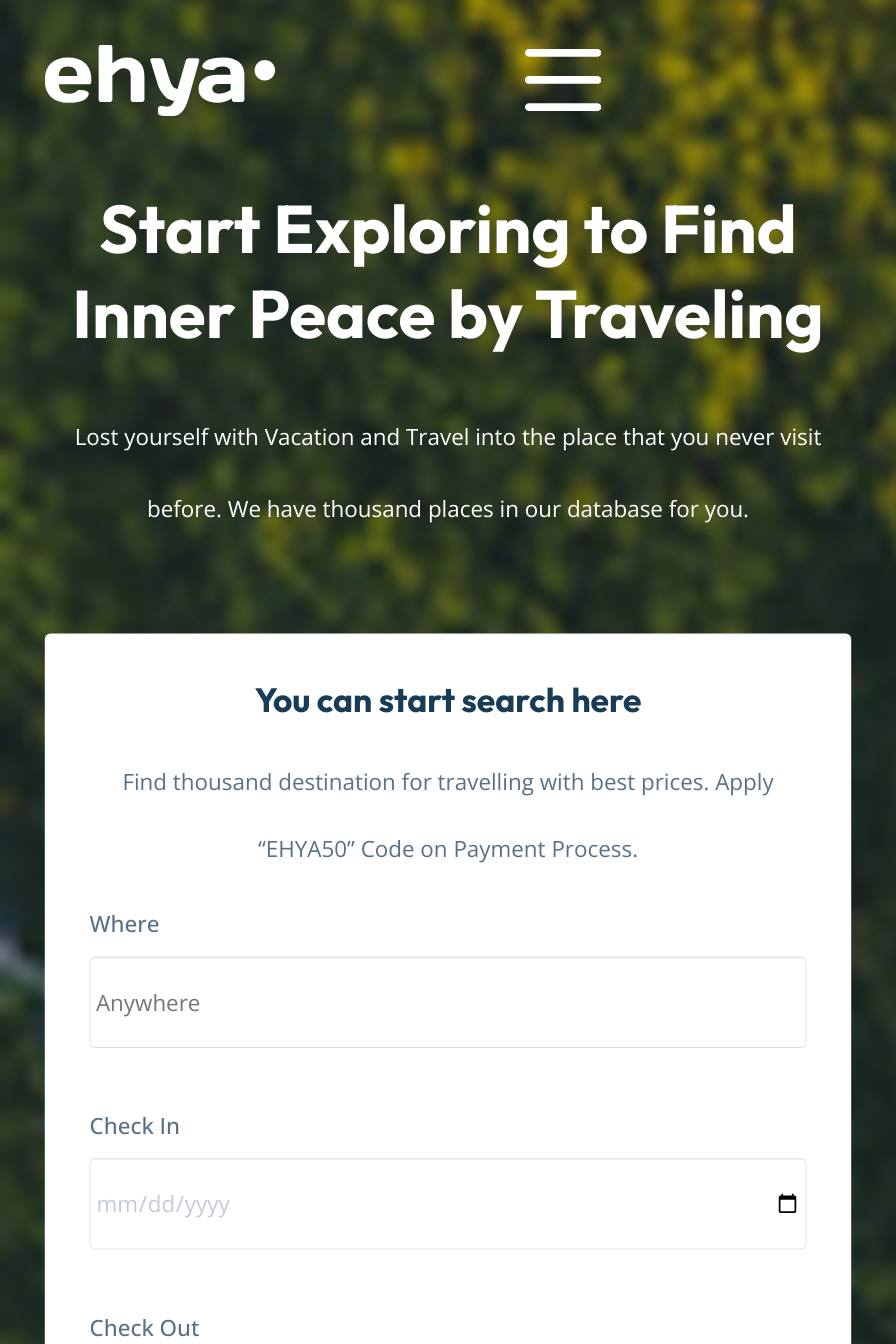
Repository: daviHmoraes/frontcomtailwind
Page: index.html
An editor plug-in stored every save of this project. The page is shown before and after a run of saves, followed by the edit.
The browser window is 1280 px wide. The pictures show the part of the page from y = 0 to 1920 px (the page is 30123 px tall), at 70% of full size.

Above is the page before, as saved 2026-09-01 19:34:02.

### index.html
<!DOCTYPE html>
<html lang="en">
<head>
    <meta charset="UTF-8">
    <meta name="viewport" content="width=device-width, initial-scale=1.0">
    <title>Ehya - Home Page</title>
    <link rel="stylesheet" href="/css/style.css">

    <!--OPEN SANS FONT-->
    <link rel="preconnect" href="https://fonts.googleapis.com">
    <link rel="preconnect" href="https://fonts.gstatic.com" crossorigin>
    <link href="https://fonts.googleapis.com/css2?family=Open+Sans:ital,wght@0,300..800;1,300..800&display=swap" rel="stylesheet">

    <!--OUTFIT FONT-->
    <link rel="preconnect" href="https://fonts.googleapis.com">
    <link rel="preconnect" href="https://fonts.gstatic.com" crossorigin>
    <link href="https://fonts.googleapis.com/css2?family=Outfit:wght@100..900&display=swap" rel="stylesheet">
</head>

<body>
    <header>

        <section class="header">
            <img id="logo" src="/img/Logo.svg" alt="Ehya Company Logo">
            <img id="hamburguer-menu" src="/img/hamburguer-menu.svg" alt="Hamburguer menu Icon">

            <div class="nav">

            </div>

        </section>

        <section class="hero">

            <div class="hero-content">
                <h1>
                    Start Exploring to
                    Find Inner Peace
                    by Traveling
                </h1>

                <p>
                    Lost yourself with Vacation and
                    Travel into the place that you never
                    visit before. We have thousand
                    places in our database for you.
                </p>
            </div>

            <div class="form-card">
                <h2>
                    You can start search here
                </h2>

                <p>
                    Find thousand destination for travelling
                    with best prices. Apply “EHYA50” Code
                    on Payment Process.
                </p>

                <form>
                    <div class="field">
                        <label for="where">Where</label>
                        <input type="text" id="where" name="where" placeholder="Anywhere">
                    </div>

                    <div class="field">
                        <label for="checkin">Check In</label>
                        <input type="date" id="checkin" name="checkin">
                    </div>

                    <div class="field">
                        <label for="checkout">Check Out</label>
                        <input type="date" id="checkout" name="checkout">
                    </div>

                    <div class="field">
                        <label for="guests">Guests</label>
                        <input type="text" id="guests" name="guests" placeholder="Guests">
                    </div>

                    <input id="submit" type="submit" value="Search">
                </form>
            </div>

            <img class="arrow" src="/img/south-arrow.svg" alt="South Pointing Arrow">

        </section>
    </header>

    <main>
        <section class="benefits">
            <h2>
                Travelya Benefit
                for User
            </h2>

            <p>
                We are self-service data analytics
                software that lets you create visually
                appealing data visualizations and
                insightful dashboards in minutes.
            </p>

            <div class="cards">
                <div class="card">
                    <img src="/img/card-icon/cheap-icon.svg" alt="Label Icon">

                    <div class="card-content">
                        <h3>
                            Cheap than Other
                        </h3>
                        <p>
                            Travelya is cheaper than other
                            travel agency.
                        </p>
                    </div>
                </div>

                <div class="card">
                    <img src="/img/card-icon/secure-icon.png" alt="Shield Icon">

                    <div class="card-content">
                        <h3>
                            Secure Payment
                        </h3>
                        <p>
                            You can pay your book without
                            doubt again.
                        </p>
                    </div>
                </div>

                <div class="card">
                    <img src="/img/card-icon/free-icon.svg" alt="AC Icon">

                    <div class="card-content">
                        <h3>
                            Free Amenities
                        </h3>
                        <p>
                            We guarantee you can give free amenities wherever
                            you are.
                        </p>
                    </div>
                </div>

                <div class="card">
                    <img src="/img/card-icon/top-icon.svg" alt="Crown Icon">

                    <div class="card-content">
                        <h3>
                            Top Rated
                        </h3>
                        <p>
                            Only show best destination
                            with 1000+ super review user
                        </p>
                    </div>
                </div>

                <div class="card">
                    <img src="/img/card-icon/best-icon.svg" alt="Medal Icon">

                    <div class="card-content">
                        <h3>
                            Best Offers
                        </h3>
                        <p>
                            Inform you about all best
                            offers for all destination
                        </p>
                    </div>
                </div>

                <div class="card">
                    <img src="/img/card-icon/easy-icon.svg" alt="Like Icon">

                    <div class="card-content">
                        <h3>
                            Easy Book
                        </h3>
                        <p>
                            Follow flow, Click, Pay. Wait.
                            Just wait e-ticket
                        </p>
                    </div>
                </div>

                <div class="card">
                    <img src="/img/card-icon/refund-icon.svg" alt="Hands Shell Icon">

                    <div class="card-content">
                        <h3>
                            Fast Refund
                        </h3>
                        <p>
                            If you canceled. We can refund
                            your money 1x12
                        </p>
                    </div>
                </div>

                <div class="card">
                    <img src="/img/card-icon/support-icon.svg" alt="Headphone Icon">

                    <div class="card-content">
                        <h3>
                            24/7 Support
                        </h3>
                        <p>
                            We’re ready help you anytime
                            and anywhere you are.
                        </p>
                    </div>
                </div>
            </div>
        </section>

        <section class="popular-destinations">
            <h2>
                Popular Destinations
            </h2>

            <div class="destinations">
                <div class="destination" id="venice">
                    <h3>
                        Venice, Italy
                    </h3>
                    <p>
                        Travelling into the popular river in Italy
                    </p>
                    <button class="see-offers">
                        See Offers
                    </button>
                </div>

                <div class="destination" id="paris">
                    <h3>
                        Paris, France
                    </h3>
                    <p>
                        Romance in popular world landmark
                    </p>
                    <button class="see-offers">
                        See Offers
                    </button>
                </div>

                <div class="destination" id="bali">
                    <h3>
                        Bali, Indonesia
                    </h3>
                    <p>
                        See best sunset ver in the world
                    </p>
                    <button class="see-offers">
                        See Offers
                    </button>
                </div>

                <div class="destination" id="santorini">
                    <h3>
                        Santorini, Greece
                    </h3>
                    <p>
                        Visit the 1000 Gods Country
                    </p>
                    <button class="see-offers">
                        See Offers
                    </button>
                </div>
            </div>

            <div class="see-all-offers">
                <a href="#">See All Offers</a>
                <img src="/img/blue-east-arrow.svg" alt="East Pointing Arrow">
            </div>
        </section>

        <section class="about-travelya">

            <div class="about-title">
                <h3>
                    ABOUT TRAVELYA
                </h3>

                <h1>
                    Everyone Needs Travel. Needs a Holiday.<br>
                    Want to Break Free <br> for a While
                </h1>
            </div>

            <div id="umbrella-card">
                <div id="search-field">
                    <img src="/img/search.svg" alt="Search Bloom Icon">
                    <p>Recommended Destination</p>
                </div>
            </div>

            <div class="selected-destination">
                <h2>
                    We have More than 1000
                    Selected Destination
                </h2>

                <p>
                    You can choose one of many option
                    that we have on Our Website. Every
                    destination have been 4+ star rated <br>
                    by our user before. You can search <br>
                    by clicking our button on below of <br>
                    the this text man.
                </p>

                <button class="search-destination">
                    Search Destination
                </button>
            </div>

            <div class="holiday-card">
                <div id="holiday-image"></div>
                <div class="card-content">
                    <span class="discount">DISC 50%</span>
                    <h3>
                        Holiday in Bali Island
                    </h3>
                    <p>
                        Stay 3 night at Seminyak Hotel Bali
                    </p>
                    <button class="redeem-now">Redeem Now</button>
                </div>
            </div>

            <div class="promo">
                <h2>
                    Always give you Promo <br>
                    on every Month / Event
                </h2>
                <p>
                    We make sure give you a lot of
                    promo every month or event based
                    on calendar. If you want, Just
                    subscribe on Newsletter.
                </p>

                <div class="pros">
                    <img src="/img/pros-icon.svg" alt="Right Simbol Icon">
                    <p>25% for New Members</p>
                </div>

                <div class="pros">
                    <img src="/img/pros-icon.svg" alt="Right Simbol Icon">
                    <p>Cancelled refund 100%</p>
                </div>

                <div class="pros">
                    <img src="/img/pros-icon.svg" alt="Right Simbol Icon">
                    <p>Up 50% on your birthday</p>
                </div>

                <div class="pros">
                    <img src="/img/pros-icon.svg" alt="Right Simbol Icon">
                    <p>Reward for 1000 Points</p>
                </div>

                <div class="pros">
                    <img src="/img/pros-icon.svg" alt="Right Simbol Icon">
                    <p>Cashback 10% via OVO</p>
                </div>
            </div>
        </section>

        <section class="feedback">

            <div class="feedback-image">
                <div id="left-comment" class="comment">Hi, Can you help me? 😔</div>
                <div id="right-comment" class="comment">Can I get my money back?</div>
                <div id="big-comment" class="comment">Thanks for your help!! 😍😍😍😍</div>
            </div>

        </section>

        <section class="money-back">

            <h2>100% Money back
                Guarantee if You
                Cancel
            </h2>

            <p>
                We promises in this case. We still
                want to refund your money when
                you cancel order.
            </p>

            <div class="faqs">
                <div class="selected-faq">
                    <div class="faq-header">
                        <img src="/img/filled-green-circle.svg" alt="Filled Green Circle">
                        <h4>Friendly, Quick, Easy</h4>
                        <img src="/img/chevron-up.svg" alt="Chevron Pointing Up">
                    </div>
                    <p>
                        Business messaging that feels just
                        like the messenger apps you and
                        your customers use every day.
                    </p>
                </div>

                <div class="faq">
                    <div class="faq-header">
                        <img src="/img/non-filled-green-circle.svg" alt="Non-filled Green Circle">
                        <h4>Fast Response Answer</h4>
                        <img src="/img/chevron-down.svg" alt="Chevron Pointing Down">
                    </div>
                </div>

                <div class="faq">
                    <div class="faq-header">
                        <img src="/img/non-filled-green-circle.svg" alt="Non-filled Green Circle">
                        <h4>Money Back Guarantee</h4>
                        <img src="/img/chevron-down.svg" alt="Chevron Pointing Down">
                    </div>
                </div>
            </div>
        </section>

        <section class="reports">

            <div class="report-hero">
                <img src="/img/quote-left.svg" alt="Pair of Left Quotes">
            </div>

            <p>
                Travelya, thank you so much
                for a well organized trip. We
                had a wonderful time. Hard to
                believe it's already done and
                past. Weather was awesome,
                the hotels were nice, thank
                you for everything!
            </p>

            <div class="report-writer">
                <h4>Lorena Eka Mira</h4>
                <p>General Manager Bus Association</p>
            </div>

            <div class="pages-indicator">
                <img src="/img/filled-blue-circle.svg" alt="Filled Blue Circle Icon">
                <img src="/img/filled-gray-circle.svg" alt="Filled Gray Circle Icon">
                <img src="/img/filled-gray-circle.svg" alt="Filled Gray Circle Icon">
                <img src="/img/filled-gray-circle.svg" alt="Filled Gray Circle Icon">
            </div>
        </section>

        <section class="travelers-tips">

            <span class="travelers-tips-subtitle">TIPS FOR TRAVELYER’S</span>

            <h2>
                Some Tips From Us
            </h2>

            <p>
                We share common trends, strategies,
                ideas, opinions, short & long stories
                from the team behind company.
            </p>

            <div class="tips-cards">
                <div id="wetlands" class="tips-card">
                    <h2>
                        From Wetlands To
                        Canals and Dams
                        Amsterdam Is
                        Alive. Looks who’s
                        out
                    </h2>
                    <div class="see-offers">
                        <a href="#">
                            See All Offers
                            <img src="/img/green-east-arrow.svg" alt="Green Arrow Pointing East">
                        </a>
                    </div>
                </div>

                <div id="global" class="tips-card">
                    <h2>
                        Global Travel And
                        Vacations Luxury
                        Travel On A Tight
                        Budget
                    </h2>
                    <div class="see-offers">
                        <a href="#">
                            See All Offers
                            <img src="/img/green-east-arrow.svg" alt="Green Arrow Pointing East">
                        </a>
                    </div>
                </div>
            </div>

            <img id="see-more-arrow" src="/img/blue-east-arrow.svg" alt="Blue Arrow Pointing East">
        </section>

        <section class="rating">
            <section class="costumers">
                <div class="costumers-pics">
                    <img src="/img/costumers-pics/costumer1.png" alt="Man Profile Picture">
                    <img src="/img/costumers-pics/Costumer2.png" alt="Woman Profile Picture">
                    <img src="/img/costumers-pics/costumer3.png" alt="Man Profile Picture">
                </div>
                <div class="costumers-content">
                    <p>
                        <span class="bold">Friendly</span>
                        customer support team
                    </p>
                </div>
            </section>

            <section class="trustpilot">
                <div class="trustpilot-logo">
                    <img id="logo-star" src="/img/green-star.svg" alt="Green TrustPilot Star Icon">
                    <img id="logo-name" src="/img/trustpilot-logo.png" alt="TrustPilot Logo">
                </div>

                <div class="star">
                    <img src="/img/rating-star.svg" alt="Rating Orange Star">
                    <img src="/img/rating-star.svg" alt="Rating Orange Star">
                    <img src="/img/rating-star.svg" alt="Rating Orange Star">
                    <img src="/img/rating-star.svg" alt="Rating Orange Star">
                    <img src="/img/rating-star.svg" alt="Rating Orange Star">
                </div>

                <p>
                    <span class="bold">4.6 out of 5 stars</span>
                    from 8.6k
                    reviews
                </p>

            </section>

            <section class="insurance">
                <img src="/img/card-icon/easy-icon.svg" alt="Like Icon">
                <p>
                    We’re making
                    <span class="bold">insurance as simple as</span>
                    can be
                </p>
            </section>

        </section>

    </main>

    <footer>
        <div class="redirects">
            <article class="topic">
                <h3>Product</h3>
                <p>Landing page</p>
                <p>Features</p>
                <p>Documentation</p>
                <p>Referral Program</p>
                <p>Pricing</p>
            </article>

            <article class="topic">
                <h3>Services</h3>
                <p>Documentation</p>
                <p>Design</p>
                <p>Themes</p>
                <p>Illustrations</p>
                <p>UI Kit</p>
            </article>

            <article class="topic">
                <h3>Company</h3>
                <p>About</p>
                <p>Terms</p>
                <p>Privacy Policy</p>
                <p>Careers</p>
            </article>

            <article class="topic">
                <h3>More</h3>
                <p>Documentation</p>
                <p>License</p>
                <p>Changelog</p>
            </article>
        </div>

        <div class="footer-content">
            <img src="/img/logo.svg" alt="Logo da empresa Ehya">

            <p>
                Build a modern and creative website with crealand
            </p>

            <div class="contacts">
                <img src="/img/footer-icons/google.svg" alt="Redirect Contact Google icon">
                <img src="/img/footer-icons/twitter.svg" alt="Redirect Contact Twitter icon">
                <img src="/img/footer-icons/instagram.svg" alt="Redirect Contact Instagram icon">
                <img src="/img/footer-icons/linkedin.svg" alt="Redirect Contact Linkedin icon">
                <img src="/img/footer-icons/youtube.svg" alt="Redirect Contact Youtube icon">
            </div>

        </div>

    </footer>

</body>
</html>

Loaded but not shown: css/style.css (979 lines, source omitted)

After the next 5 saves:
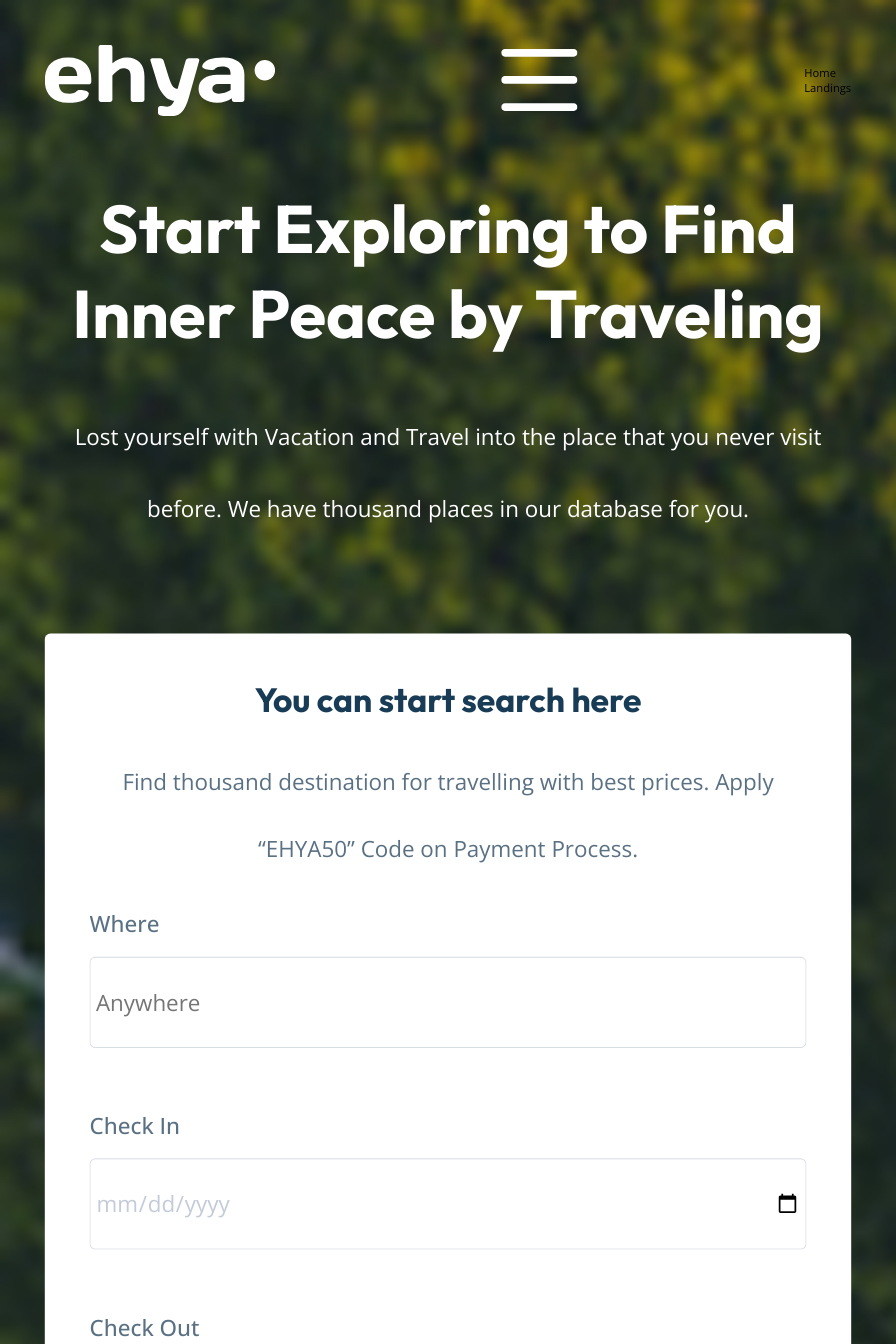
The 5 saves are shown as one change because they came seconds apart.
The last was saved 20 s later.
--- a/index.html
+++ b/index.html
@@ -25,7 +25,8 @@
             <img id="hamburguer-menu" src="/img/hamburguer-menu.svg" alt="Hamburguer menu Icon">
 
             <div class="nav">
-
+                <p>Home</p>
+                <p>Landings</p>
             </div>
 
         </section>
